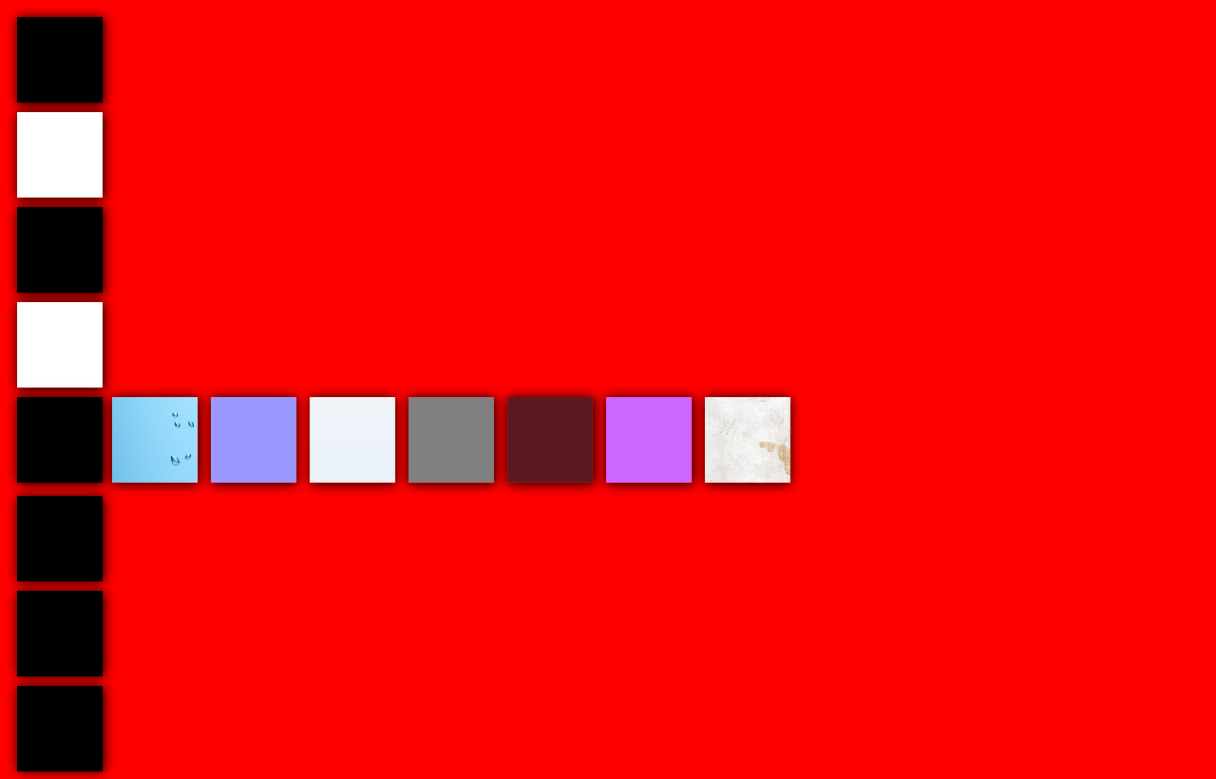
Repository: raghu225/raghu225.github.io
Page: archive/index.html
The author's editor kept a record of every edit. The page is drawn from the files as they stood at one moment, then again after the next edit.
The browser window is 1280 px wide. The pictures show the whole page, at 95% of full size.

Above is the page before.

### archive/index.html
<html>

    <head>
        <title>Composition Archive</title>
        <link href="assets/css/style.css" rel="stylesheet" type="text/css" />
    </head>

    <body>

    <div class="wrapper">

        <div class="black background"></div>
        <div class="white background"></div>
        <div class="black background"></div>
        <div class="white background"></div>
        <div class="black background left"></div>
        <img class="background" src="assets/images/bluepic.png"/>
        <img class="background" src="assets/images/bluepurple.png"/>
        <img class="background" src="assets/images/bluewhite.png"/>
        <a href="lika.html"><img class="background" src="assets/images/grey.png"/></a>
        <img class="background" src="assets/images/maroon.png"/>
        <img class="background" src="assets/images/purple.png"/>
        <img class="background" src="assets/images/wtex.png"/>
        <div class="black background"></div>
        <div class="black background"></div>
        <div class="black background"></div>

    </body>

</html>

### archive/assets/css/style.css
body {
    background-color: red;
}

.wrapper {
    /*width: 1000px;*/
    /*margin-top: 20px;*/
    /*margin-left: 300px;*/
    /*position: absolute;*/
    display: inline-block;
}

.background {
    margin-left: 10px;
    margin-top: 10px;
    width: 90px;
    height: 90px;
    /*border: solid white;*/
    /*display: inline block;*/
    box-shadow: 1px 1px 12px #000000;
    transition: all .6s ease-in-out;
}

.background:hover {
    transform: scale(1.1);
}

.black {
    background-color: #000;
    width: 90px;
    height: 90px;
    /*display: inline block;*/
    /*float: left;*/
}

.white {
    background-color: #fff;
    /*width: 90px;*/
    /*height: 90px;*/
    /*float: right;*/
    /*display: inline block;*/
}

.grey:hover {
    background-color: black;
}

.text {
    font-family: 'courier new', courier;
    color: white;
    font-size: 12px;
    font-weight: lighter;
    width: 70px;
    margin-left: 5px;
}

.icon {
    margin-left: -95px;
    margin-top: 5px;
    width: 70px;
    height: 70px;
}

.prev {
    background-color: black;
    width: 70px;
    height: 70px;
    /*margin-right: 0px;*/
    margin-top: -30px;
    margin-left: 650px;
}

.left {
    float: left;
}

.static {
    /*position: absolute;*/
    width: 400px;
    height: 400px;
    margin-top: -250px;
    margin-left: 160px;
}

After the next edit:
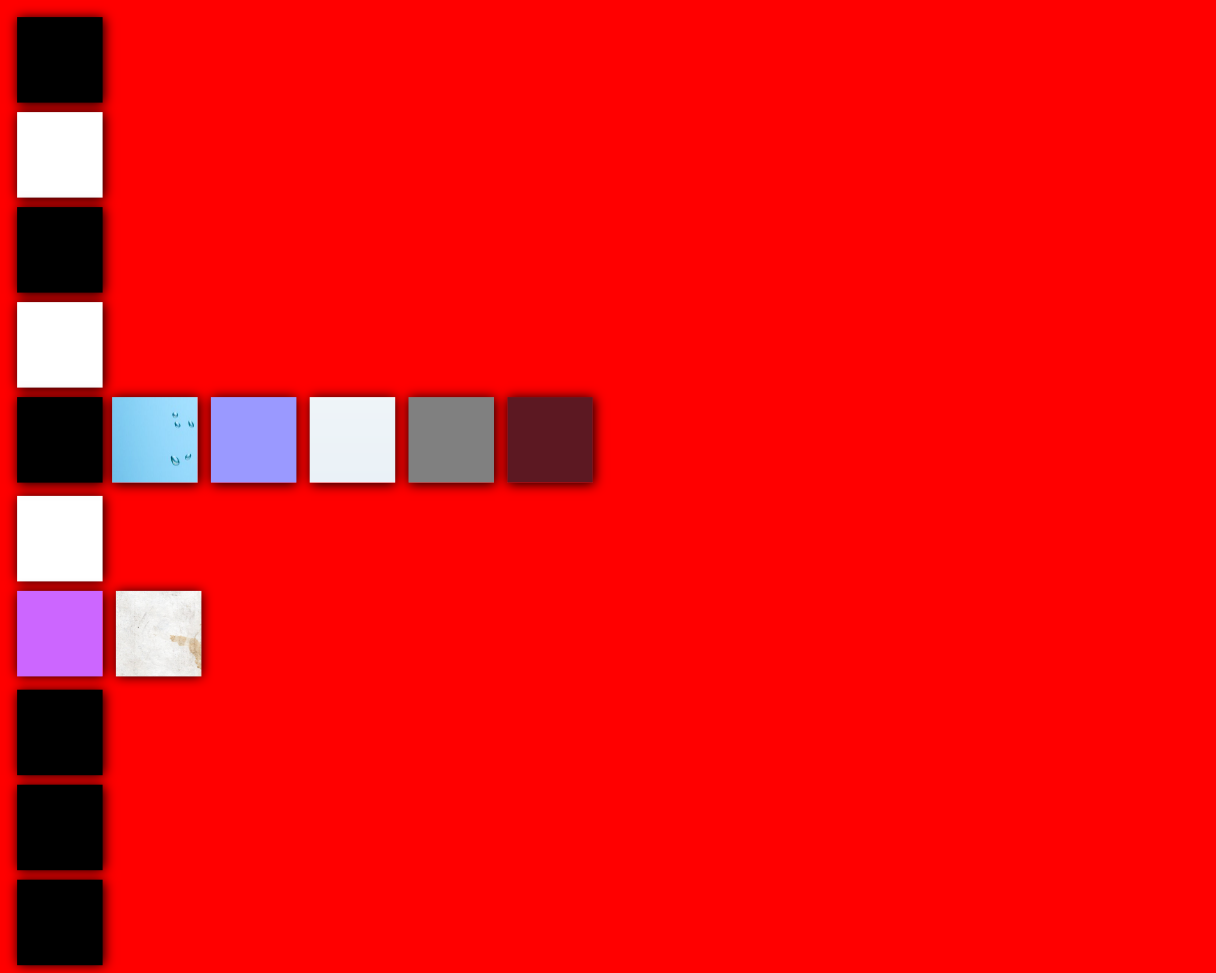
The edit:
--- a/archive/index.html
+++ b/archive/index.html
@@ -19,6 +19,7 @@
         <img class="background" src="assets/images/bluewhite.png"/>
         <a href="lika.html"><img class="background" src="assets/images/grey.png"/></a>
         <img class="background" src="assets/images/maroon.png"/>
+        <div class="white background"></div>
         <img class="background" src="assets/images/purple.png"/>
         <img class="background" src="assets/images/wtex.png"/>
         <div class="black background"></div>
